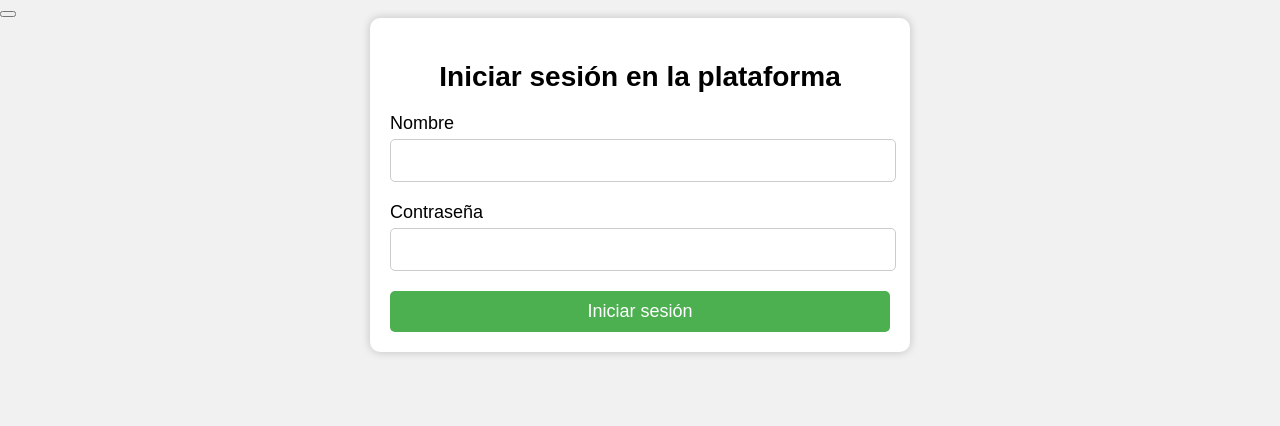
Repository: n0soyHacker/school-administration-app
Page: /
The author's editor kept a copy of each file at every save. The page is drawn from the files as they stood at one save, then again after the next save.
The browser window is 1280 px wide. The pictures show the whole page.
The project was rebuilt for these pictures with package versions that can differ from the ones it lists, and the page was loaded fresh each time.

Above is the page before, as saved 2023-02-18 19:59:16.

### src/App.js
import React, { useState } from 'react';
import './styleForm.css';

function App() {
  const [darkMode, setDarkMode] = useState(false);

  const handleModeChange = () => {
    setDarkMode(!darkMode);
  };

  const containerClasses = `container ${darkMode ? 'dark-mode' : 'light-mode'}`;

  return (
    <div className="App">
      <div className="header">
        <button className="mode-toggle" onClick={handleModeChange}>
          {darkMode ? <i className="fas fa-sun"></i> : <i className="fas fa-moon"></i>}
        </button>
      </div>
      <div className={containerClasses}>
        <form>
          <h2>Iniciar sesión en la plataforma</h2>
          <div className="form-group">
            <label htmlFor="username">Nombre</label>
            <input type="text" id="username" name='username' required />
          </div>
          <div className="form-group">
            <label htmlFor="password">Contraseña</label>
            <input type="password" id="password" name="password" required />
          </div>
          <button type='submit'>Iniciar sesión</button>
        </form>
      </div>
    </div>
  );
}

export default App;

### src/styleForm.css
body {
  font-family: sans-serif;
  background-color: #f1f1f1;
  margin: 0;
}

.App {
  min-height: 100vh;
  display: flex;
  flex-direction: column;
}

.topbar {
  background-color: #0077be;
  display: flex;
  justify-content: flex-end;
  align-items: center;
  padding: 10px;
}

.toggle {
  display: flex;
  justify-content: center;
  align-items: center;
  background-color: #fff;
  border-radius: 50%;
  width: 30px;
  height: 30px;
  cursor: pointer;
}

.toggle i {
  font-size: 18px;
  color: #0077be;
}

.dark-mode {
  background-color: #292929;
  color: #fff;
}

form {
  max-width: 500px;
  margin: 0 auto;
  background-color: #fff;
  padding: 20px;
  border-radius: 10px;
  box-shadow: 0 0 10px rgba(0, 0, 0, 0.2);
}

h2 {
  text-align: center;
  font-size: 28px;
  margin-bottom: 20px;
}

.form-group {
  margin-bottom: 20px;
  padding-right: 1em;
}

label {
  display: block;
  margin-bottom: 5px;
  font-size: 18px;
}

input {
  width: 100%;
  padding: 10px;
  font-size: 18px;
  border-radius: 5px;
  border: 1px solid #ccc;
}

button[type="submit"] {
  display: block;
  width: 100%;
  padding: 10px;
  background-color: #4CAF50;
  color: #fff;
  font-size: 18px;
  border: none;
  border-radius: 5px;
}

Loaded but not shown: public/index.html (common file); src/index.js (common file); src/index.css (common file); src/reportWebVitals.js (common file)

After the next save:
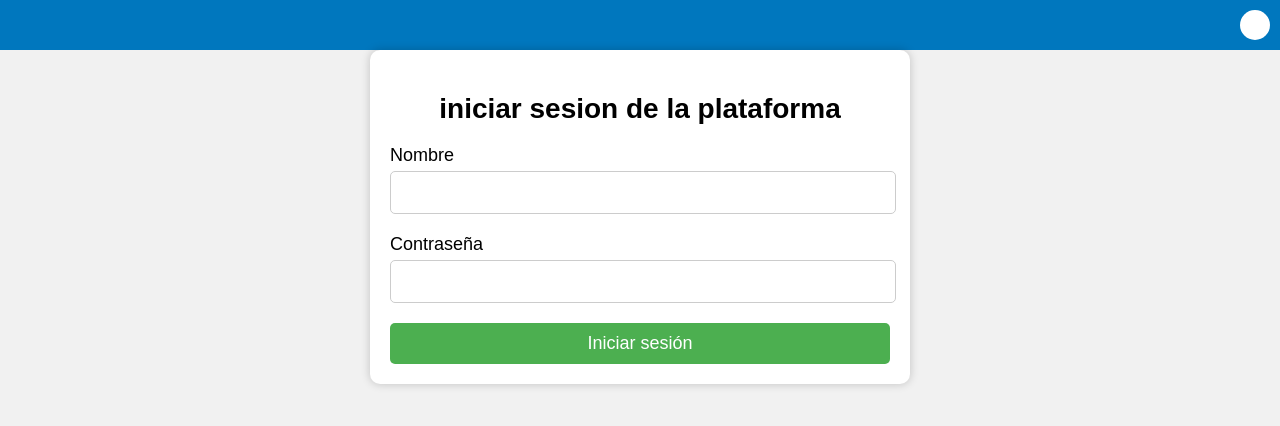
Saved 31 s later.
--- a/src/App.js
+++ b/src/App.js
@@ -1,34 +1,36 @@
-import React, { useState } from 'react';
+import { useState } from "react";
 import './styleForm.css';
 
 function App() {
   const [darkMode, setDarkMode] = useState(false);
 
-  const handleModeChange = () => {
+  const handleToggleDarkMode = () => {
     setDarkMode(!darkMode);
   };
 
-  const containerClasses = `container ${darkMode ? 'dark-mode' : 'light-mode'}`;
-
   return (
-    <div className="App">
-      <div className="header">
-        <button className="mode-toggle" onClick={handleModeChange}>
-          {darkMode ? <i className="fas fa-sun"></i> : <i className="fas fa-moon"></i>}
-        </button>
+    <div className={`App ${darkMode ? "dark-mode" : ""}`}>
+      <div className="topbar">
+        <div className="toggle" onClick={handleToggleDarkMode}>
+          {darkMode ? (
+            <i className="fas fa-sun"></i>
+          ) : (
+            <i className="fas fa-moon"></i>
+          )}
+        </div>
       </div>
-      <div className={containerClasses}>
+      <div className="form-container">
         <form>
-          <h2>Iniciar sesión en la plataforma</h2>
+          <h2>iniciar sesion de la plataforma</h2>
           <div className="form-group">
             <label htmlFor="username">Nombre</label>
-            <input type="text" id="username" name='username' required />
+            <input type="text" id="username" name="username" required />
           </div>
           <div className="form-group">
             <label htmlFor="password">Contraseña</label>
             <input type="password" id="password" name="password" required />
           </div>
-          <button type='submit'>Iniciar sesión</button>
+          <button type="submit">Iniciar sesión</button>
         </form>
       </div>
     </div>
